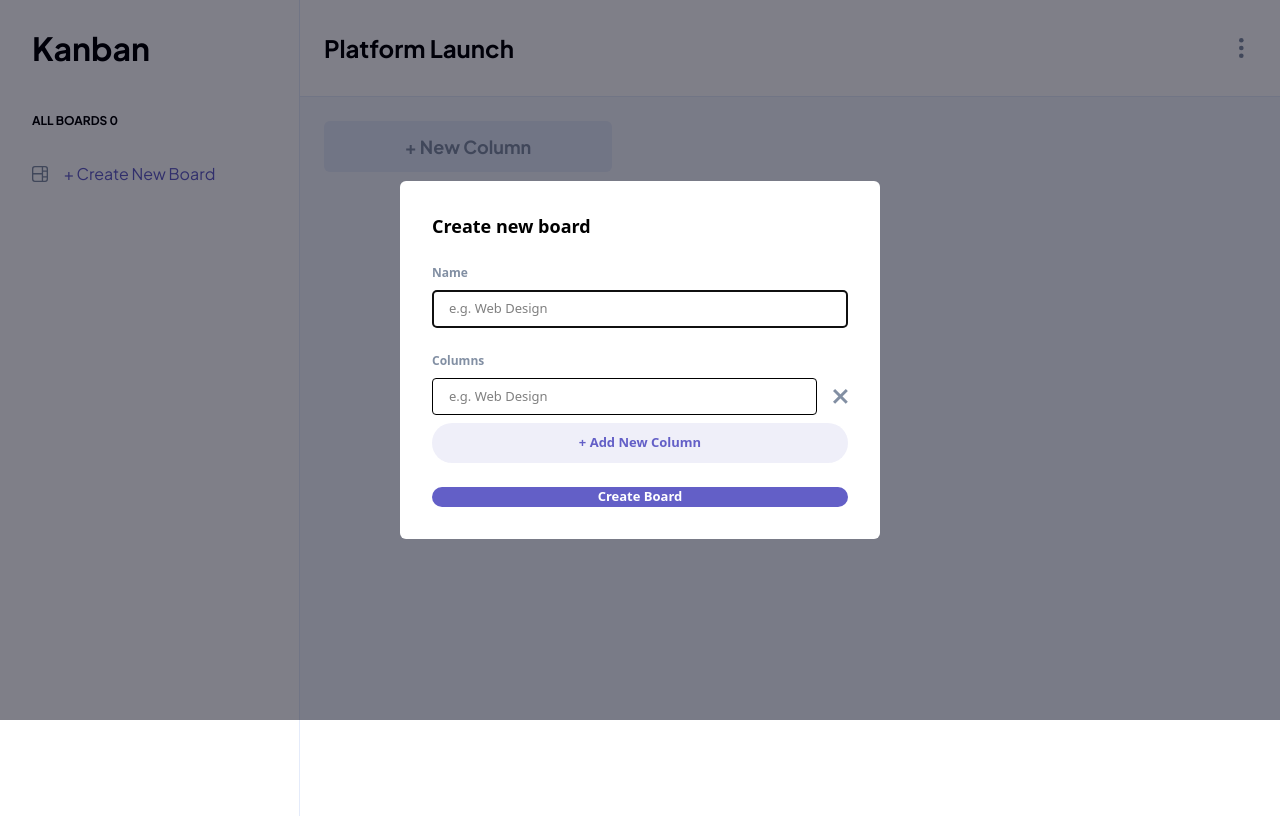
Repository: Baraajad231/Kanban-Board
Page: /, after clicking the first element matching `button.w-full`
The author's editor kept a copy of each file at every save. The page is drawn from the files as they stood at one save, then again after the next save.
The browser window is 1280 px wide. The pictures show the whole page.
The project was rebuilt for these pictures with package versions that can differ from the ones it lists, and the page was loaded fresh each time. Also part of the build but not shown: vite.config.js, src/components/Card.jsx, src/components/Column.jsx.

Above is the page before, as saved 2026-03-25 18:10:45.

### index.html
<!doctype html>
<html lang="en">
  <head>
    <meta charset="UTF-8" />
    <meta name="viewport" content="width=device-width, initial-scale=1.0" />
    <link rel="preconnect" href="https://fonts.googleapis.com" />
    <link rel="preconnect" href="https://fonts.gstatic.com" crossorigin />
    <link
      href="https://fonts.googleapis.com/css2?family=Plus+Jakarta+Sans:ital,wght@0,200..800;1,200..800&display=swap"
      rel="stylesheet"
    />
    <title>kanban-board</title>
  </head>
  <body>
    <div id="root"></div>
    <script type="module" src="/src/main.jsx"></script>
  </body>
</html>

### src/index.css
@import "tailwindcss";

@theme {
  --font-jakarta: "Plus Jakarta Sans", sans-serif;

  --color-transparent: transparent;
  --color-current: currentColor;

  --color-main-purple: #635fc7;
  --color-main-purple-hover: #a8a4ff;
  --color-white: #ffffff;
  --color-black: #000112;
  --color-very-dark-grey: #1e1e1e;
  --color-dark-grey: #2b2c37;
  --color-lines: #3e3f4e;
  --color-medium-grey: #828fa3;
  --color-lines-light: #e4ebfa;
  --color-light-grey: #f4f7fd;
  --color-red: #ea5555;
  --color-red-hover: #ff9898;

  /* أحجام الخطوط - التنسيق صحيح جداً لـ Tailwind v4 */
  --text-heading-s: 0.75rem;
  --text-heading-s--font-weight: 700;

  --text-heading-m: 0.9rem;
  --text-heading-m--font-weight: 700;

  --text-heading-l: 1.125rem;
  --text-heading-l--font-weight: 700;

  --text-heading-xl: 1.5rem;
  --text-heading-xl--font-weight: 700;

  --text-body-m: 0.75rem;
  --text-body-m--font-weight: 700;

  --text-body-l: 0.8125rem;
  --text-body-l--font-weight: 500;
}

### src/App.jsx
import Header from "@components/Header";
import SideMenu from "@components/SideMenu";
import WorkSpace from "@components/WorkSpace";
import { useState } from "react";
import { DataContext } from "./DataContext";

function App() {
  const [dataState, setDataState] = useState([]);
  const [selectedBoardIndex, setSelectedBoardIndex] = useState(0);
  return (
    <DataContext.Provider value={{ data: dataState, setData: setDataState }}>
      <div className="font-jakarta flex h-screen flex-col">
        <Header />
        <div className="flex flex-1">
          <SideMenu
            selectedBoardIndex={selectedBoardIndex}
            setSelectedBoardIndex={setSelectedBoardIndex}
          />
          <WorkSpace columns={dataState[selectedBoardIndex]?.columns} />
        </div>
      </div>
    </DataContext.Provider>
  );
}

export default App;

### src/components/Header.jsx
import { useState } from "react";
import DialogPrimitive from "./DialogPrimitive";
import DropdownPrimitive from "./DropDownPrimitive";
import iconVerticalEllipsis from "@assets/icon-vertical-ellipsis.svg";

const Header = () => {
  const [open, setOpen] = useState(false);
  const onEditBoard = () => setOpen(true);
  const onDeleteBoard = () => {
    if (window.confirm("Are you sure you want to delete this board?")) {
      console.log("Delete Board");
    }
  };
  return (
    <header className="flex h-24.25 shrink-0 items-center">
      <div className="border-lines-light flex w-75 items-center gap-4 self-stretch border-r border-b pl-8 text-[32px] font-bold">
        Kanban
      </div>

      <div className="border-lines-light flex flex-1 items-center justify-between self-stretch border-b pr-6 pl-6">
        <h2 className="text-heading-xl">Platform Launch</h2>

        <DropdownPrimitive
          items={{
            "edit ": {
              label: "Edit Board",
              onClick: onEditBoard,
            },
            "delete ": {
              label: "Delete Board",
              onClick: onDeleteBoard,
            },
          }}
          triggerComponent={() => (
            <button className="text-main-purple hover:bg-main-purple/10 flex items-center gap-1 rounded-full p-3">
              <img src={iconVerticalEllipsis} alt="icon vertical ellipsis" />
            </button>
          )}
        />

        <DialogPrimitive isOpen={open} setOpen={setOpen} title="Edit Board">
          Hello world
        </DialogPrimitive>
      </div>
    </header>
  );
};

export default Header;

### src/components/SideMenu.jsx
import clsx from "clsx";
import { useContext, useState } from "react";
import DialogPrimitive from "./DialogPrimitive";
import boardIcon from "@assets/icon-board.svg";
import { DataContext } from "@/DataContext";
import AddNewBoardForm from "./AddNewBoardForm";

/**
 *
 * @param {Object} props
 * @param {Number} props.selectedBoardIndex
 * @param {Function} props.setSelectedBoardIndex
 * @returns {JSX.Element}
 */

const SideMenu = ({ selectedBoardIndex, setSelectedBoardIndex }) => {
  const [open, setOpen] = useState(false);
  const onAddNewBoard = () => setOpen(true);
  const { data } = useContext(DataContext);
  return (
    <aside className="side-menu border-lines-light -mt-px h-screen w-75 border-r bg-white">
      <p className="text-heading-s px-8 py-4">ALL BOARDS {data.length}</p>
      <ul>
        {data.map((item, index) => (
          <li key={item.id}>
            <button
              data-isActive={index === selectedBoardIndex}
              className={clsx(
                "text-heading-m text-medium-grey data-[isactive=false]:hover:bg-main-purple/10 data-[isactive=false]:hover:text-main-purple flex w-11/12 items-center gap-4 rounded-e-full px-8 py-4 transition",
                {
                  "bg-main-purple hover:bg-main-purple text-white!":
                    index === selectedBoardIndex,
                },
              )}
              onClick={() => setSelectedBoardIndex(index)}
            >
              <img src={boardIcon} alt="boardIcon" />
              {item.title}
            </button>
          </li>
        ))}
        <li className="px-8 py-4">
          <DialogPrimitive
            isOpen={open}
            setOpen={setOpen}
            title="Create new board"
            triggerComponent={() => (
              <button
                onClick={onAddNewBoard}
                className="text-main-purple flex w-full items-center gap-4"
              >
                <img src={boardIcon} alt="boardIcon" />+ Create New Board
              </button>
            )}
          >
            <AddNewBoardForm />
          </DialogPrimitive>
        </li>
      </ul>
    </aside>
  );
};
export default SideMenu;

### src/components/WorkSpace.jsx
import Column from "./Column";

/**
 *
 * @param {Object} props
 * @param {Array} props.columns
 * @param {Number} props.columns.id
 * @param {Array} props.columns.tasks
 * @param {string} props.columns.title
 * @returns {JSX.Element}
 */

const WorkSpace = ({ columns = [] }) => {
  return (
    <div className="bg-light-grey flex h-[calc(100vh-97px)] flex-1 gap-6 overflow-auto p-6">
      {columns.map((column) => (
        <Column key={column.id} title={column.title} tasks={column.tasks} />
      ))}

      <button className="bg-lines-light text-heading-l text-medium-grey w-72 shrink-0 self-start rounded-md p-3">
        + New Column
      </button>
    </div>
  );
};

export default WorkSpace;

### src/DataContext.js
import React from "react";

export const DataContext = React.createContext();

### src/components/DialogPrimitive.jsx
import { Dialog } from "radix-ui";

/**
 * DialogPrimitive component
 * @param {Object} props
 * @param {string} props.title - The title of the dialog
 * @param {Function} props.triggerComponent - The component that triggers the dialog
 * @param {JSX.Element} props.children - The children components
 * @param {boolean} props.isOpen - A boolean to determine if the dialog is open
 * @param {Function} props.setOpen - A function to set the dialog state
 * @returns {JSX.Element}
 */

const DialogPrimitive = ({
  title,
  triggerComponent,
  children,
  isOpen,
  setOpen,
}) => (
  <Dialog.Root open={isOpen} onOpenChange={setOpen}>
    <Dialog.Trigger asChild>
      {triggerComponent && triggerComponent()}
    </Dialog.Trigger>
    <Dialog.Portal>
      <Dialog.Overlay className="data-[state=open]:animate-overlayShow fixed inset-0 bg-black/50" />
      <Dialog.Content className="data-[state=open]:animate-contentShow fixed top-[50%] left-[50%] max-h-[85vh] w-120 translate-x-[-50%] translate-y-[-50%] overflow-auto rounded-md bg-white p-8 focus:outline-none">
        <Dialog.Title className="text-heading-l">{title}</Dialog.Title>
        {children}
      </Dialog.Content>
    </Dialog.Portal>
  </Dialog.Root>
);

export default DialogPrimitive;

### src/components/DropDownPrimitive.jsx
import * as React from "react";
import { DropdownMenu } from "radix-ui";
import clsx from "clsx";
// طريقة بتخلينا نعمل document لل component تاعنا
// jsdocs
/**
 * @param {Object} props
 * @param {Function} props.triggerComponent
 * @param {Object} props.items
 * @param {string} props.items.label -- the text that will be shown in the dropdown item
 * @param {Function} props.items.onClick -- the function that will be called when the dropdown item is clicked
 * @returns {JSX.Element}
 */
const DropdownPrimitive = ({ triggerComponent, items }) => {
  return (
    <DropdownMenu.Root>
      <DropdownMenu.Trigger asChild>
        {triggerComponent && triggerComponent()}
      </DropdownMenu.Trigger>

      <DropdownMenu.Portal>
        <DropdownMenu.Content
          className="data-[side=bottom]:animate-slideUpAndFade data-[side=left]:animate-slideRightAndFade data-[side=right]:animate-slideLeftAndFade data-[side=top]:animate-slideDownAndFade min-w-55 rounded-md bg-white p-1.25 shadow-[0px_10px_38px_-10px_rgba(22,23,24,0.35),0px_10px_20px_-15px_rgba(22,23,24,0.2)] will-change-[opacity,transform]"
          sideOffset={32}
        >
          {items &&
            Object.keys(items).map((item) => (
              <DropdownMenu.Item
                key={items[item].label}
                onClick={items[item].onClick}
                className={clsx(
                  "group text-body-l data-highlighted:bg-light-grey cursor-pointer p-4 leading-none outline-none",
                  {
                    "text-red": items[item].label.includes("Delete"),
                  },
                )}
              >
                {items[item].label}
              </DropdownMenu.Item>
            ))}
        </DropdownMenu.Content>
      </DropdownMenu.Portal>
    </DropdownMenu.Root>
  );
};

export default DropdownPrimitive;

### src/components/AddNewBoardForm.jsx
import Button from "./Button";
import TextField from "./TextField";
import iconCross from "@assets/icon-cross.svg";
const AddNewBoardForm = () => {
  return (
    <form>
      <div>
        <h3 className="text-body-m text-medium-grey pt-6 pb-2">Name </h3>
        <TextField placeholder="e.g. Web Design" name="boardName" required />
      </div>
      <div className="flex flex-col gap-2">
        <h3 className="text-body-m text-medium-grey pt-6">Columns </h3>

        <div className="flex items-center gap-4">
          <TextField placeholder="e.g. Web Design" name="columnName" required />
          <button onClick={false}>
            <img src={iconCross} alt="icon cross" />
          </button>
        </div>
        <Button type="button" variant="secondary" size="sm" onClick={false}>
          + Add New Column
        </Button>
      </div>
      <Button
        type="submit"
        variant="primary"
        size="md"
        isFullWidth={true}
        className="mt-6"
      >
        Create Board
      </Button>
    </form>
  );
};
export default AddNewBoardForm;

### src/components/Button.jsx
import { cva } from "class-variance-authority";

const button = cva(
  ["rounded-full", "font-bold", "px-6", "duration-200", "text-[13px]"],
  {
    variants: {
      variant: {
        primary: ["bg-main-purple", "text-white", "hover:bg-main-purple-hover"],
        // **or**
        // primary: "bg-blue-500 text-white border-transparent hover:bg-blue-600",
        secondary: [
          "bg-main-purple/10",
          "text-main-purple",
          "hover:bg-main-purple/25",
        ],
        destructive: ["bg-red", "text-white", "hover:bg-red-hover"],
      },
      size: {
        sm: ["h-10"],
        lg: ["h-12"],
      },
      isFullWidth: {
        true: ["w-full"],
      },
      // `boolean` variants are also supported!
      isDisabled: {
        true: ["opacity-25", "cursor-not-allowed", "hover:bg-main-purple"],
      },
    },

    defaultVariants: {
      variant: "primary",
      size: "lg",
    },
  },
);
/**
 * @param {Object} props
 * @param {String} props.children
 * @param {"primary" | "secondary" | "destructive"} props.variant
 * @param {"sm" | "lg"} props.size
 * @param {Boolean} props.isFullWidth
 * @param {Boolean} props.isDisabled
 * @param {String} props.className
 * @returns
 */

const Button = ({
  children,
  variant,
  size,
  isFullWidth,
  isDisabled,
  className,
  ...props
}) => {
  return (
    <button
      className={button({ variant, size, isFullWidth, isDisabled, className })}
      {...props}
    >
      {children}
    </button>
  );
};
export default Button;

### src/components/TextField.jsx
import clsx from "clsx";

/**
 * @param {Object} props
 * @param {String} props.placeholder
 * @param {Boolean} props.isInvalid
 * @param {String} props.name
 * @param {Boolean} props.required
 * @param {String} props.defaultValue
 * @returns
 */

const TextField = ({
  placeholder,
  isInvalid,
  name,
  required,
  defaultValue,
}) => {
  return (
    <div className="relative flex min-w-80 flex-1 items-center">
      {isInvalid && (
        <span className="text-body-l text-red absolute right-4 text-sm">
          Can't be empty
        </span>
      )}

      <input
        type="text"
        name={name}
        defaultValue={defaultValue}
        placeholder={placeholder}
        required={required}
        className={clsx(
          "border-medium-gray/25 text-body-l w-full rounded-sm border py-2 pl-4",
          {
            "border-red pr-32": isInvalid,
            "pr-4": !isInvalid,
          },
        )}
      />
    </div>
  );
};

export default TextField;

Loaded but not shown: src/main.jsx (common file)

After the next save:
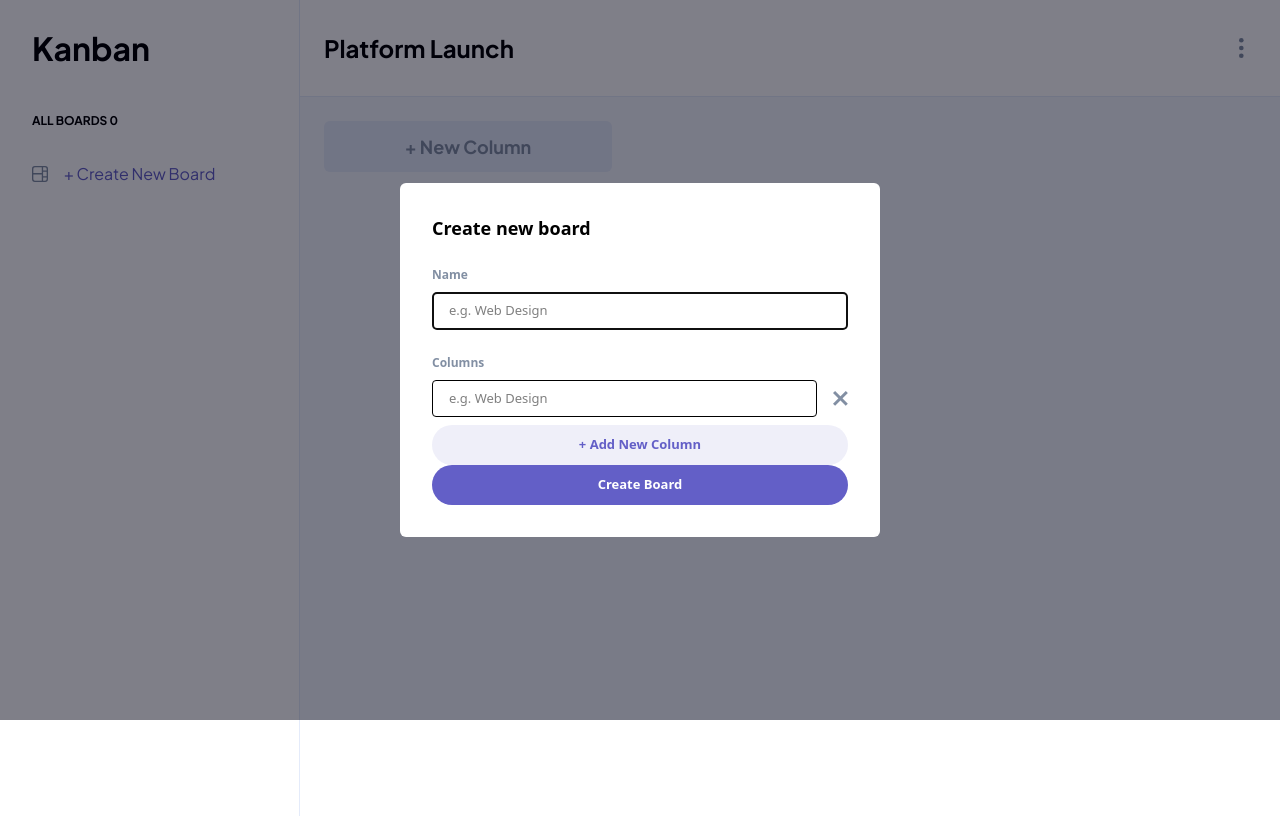
Saved 23 s later.
--- a/src/components/AddNewBoardForm.jsx
+++ b/src/components/AddNewBoardForm.jsx
@@ -21,13 +21,7 @@ const AddNewBoardForm = () => {
           + Add New Column
         </Button>
       </div>
-      <Button
-        type="submit"
-        variant="primary"
-        size="md"
-        isFullWidth={true}
-        className="mt-6"
-      >
+      <Button type="submit" variant="primary" size="sm" isFullWidth>
         Create Board
       </Button>
     </form>
